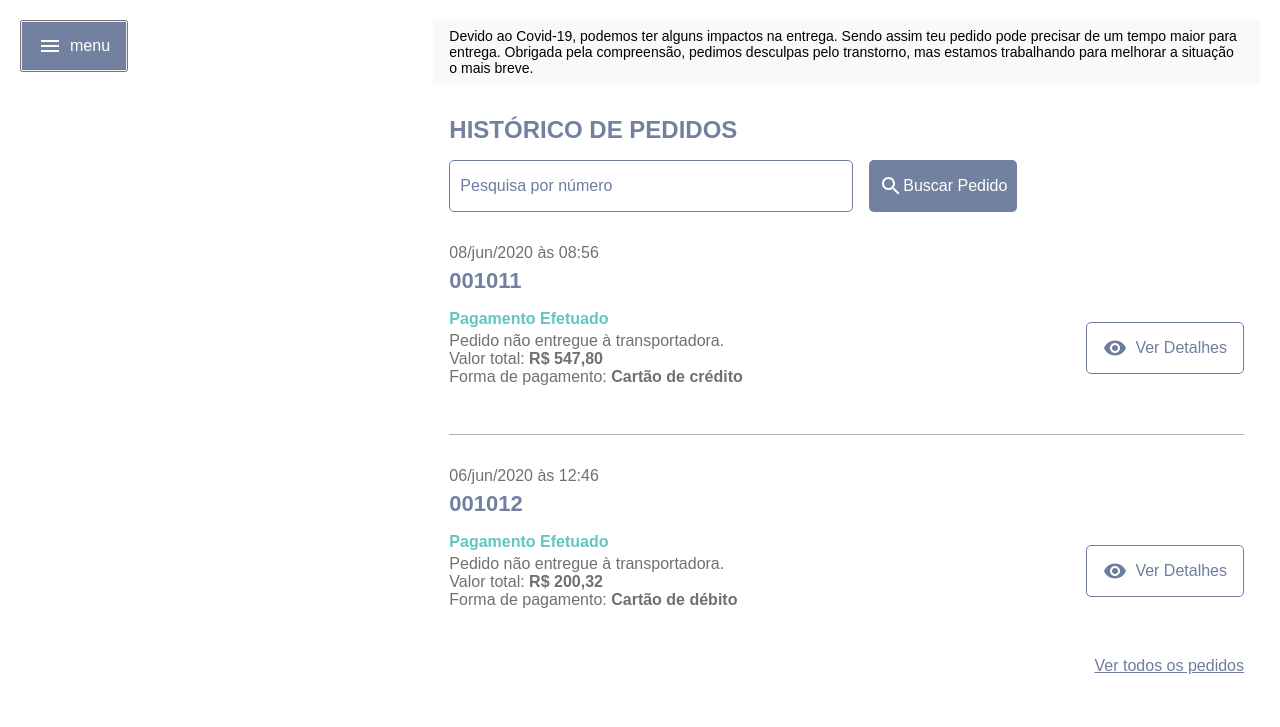
Repository: indiamarasiqueira/gestao-produto
Page: /
These files come from the project's save history. The page is drawn as it stood at one moment and after the next save; the edit follows.
The browser window is 1280 px wide. The pictures show the whole page.
The project was rebuilt for these pictures with package versions that can differ from the ones it lists, and the page was loaded fresh each time. Also part of the build but not shown: src/pages/generic/style.js, src/pages/generic/index.js, src/components/ModalMenu/index.js.

Above is the page before, as saved 2020-07-07 11:10:55.

After the next save:
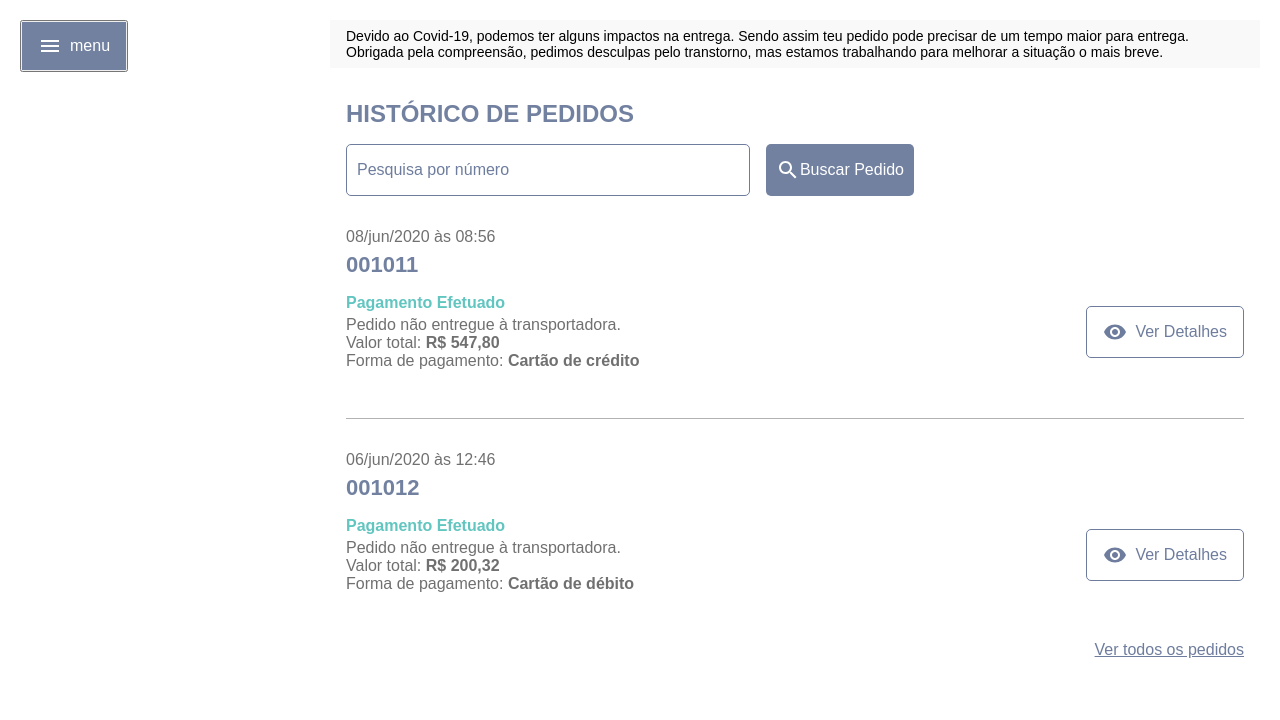
Saved 48 s later.
--- a/src/pages/orderHistory/style.js
+++ b/src/pages/orderHistory/style.js
@@ -3,7 +3,7 @@ import styled from "styled-components";
 export const OrderMenu = styled.div`
   display: grid;
   justify-content: center;
-  grid-template-columns: 1fr 2fr ;
+  grid-template-columns: 1fr 3fr ;
   padding: 20px;
   box-sizing: border-box;
   height: 100%;
